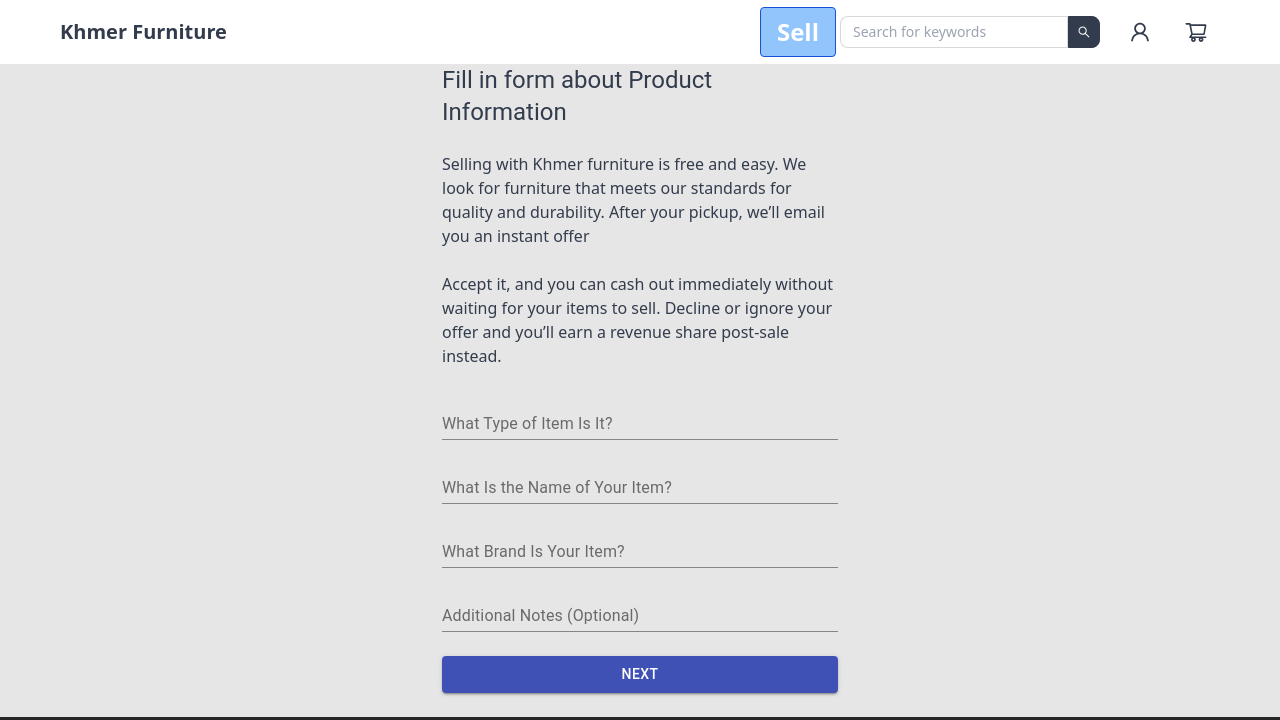
Repository: PlayerNguyen/dotot-shop
Page: /sell (app in client/)
These files come from the project's save history. The page is drawn as it stood at one moment and after the next save; the edit follows.
The browser window is 1280 px wide. The pictures show the whole page.
An inner scrolling area shows only its first screen. The project was rebuilt for these pictures with package versions that can differ from the ones it lists, and the page was loaded fresh each time. Also part of the build but not shown: client/src/components/NoMatch/NoMatch.jsx, client/src/components/Sell/UserDetails.js, client/src/components/Sell/Confirmation.js, client/src/components/Sell/Success.js.

Above is the page before, as saved 2022-12-08 12:39:48.

After the next save:
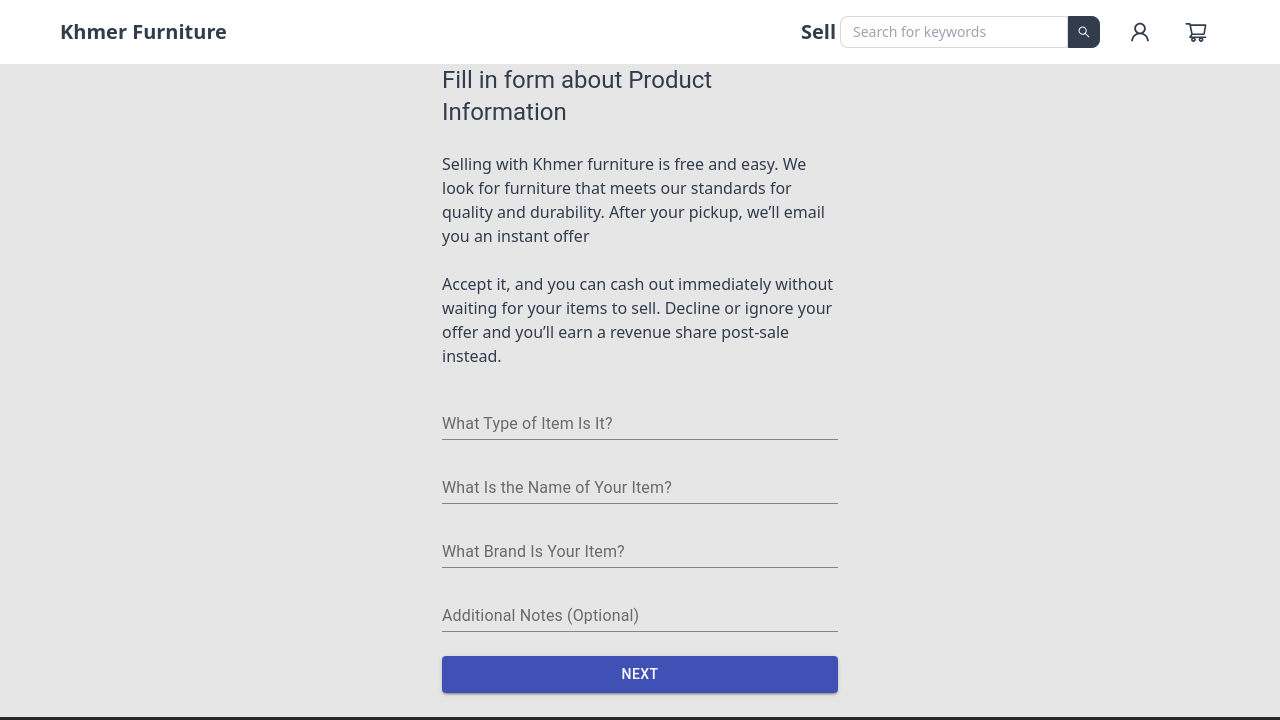
Saved 11 s later.
--- a/client/src/components/Navbar/Navbar.jsx
+++ b/client/src/components/Navbar/Navbar.jsx
@@ -35,7 +35,7 @@ export default function Navbar() {
       {/* Wide screen  */}
       <div className="hidden lg:flex flex-row gap-1 text-2xl">
       <Link to="/sell">
-          <h1 className="bg-blue-300 hover:bg-blue-500 text-white font-bold py-2 px-4 border border-blue-700 rounded">Sell </h1>
+          <h1 className="text-xl font-bold ">Sell </h1>
           <span></span>
         </Link>
         {/* Search group */}
